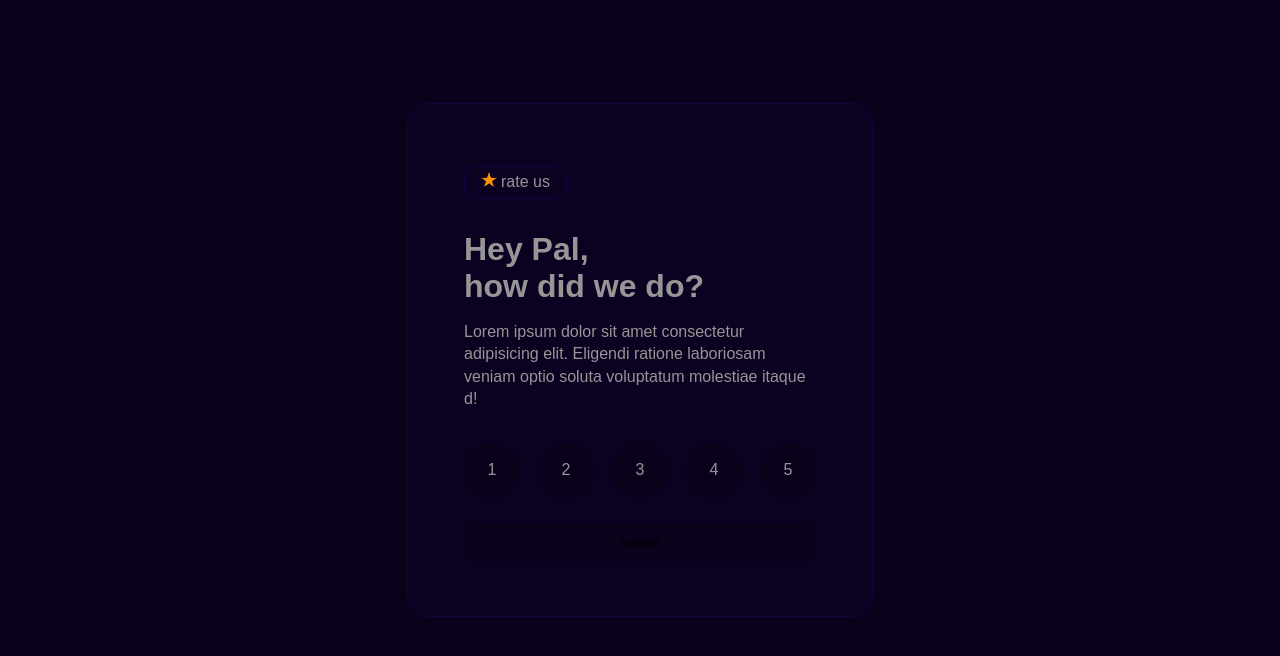
Repository: russel-success/xcodepp-TASK-2
Page: index.html
These files come from the project's save history. The page is drawn as it stood at one moment and after the next save; the edit follows.
The browser window is 1280 px wide. The pictures show the whole page.

Above is the page before, as saved 2024-05-27 09:28:16.

After the next save:
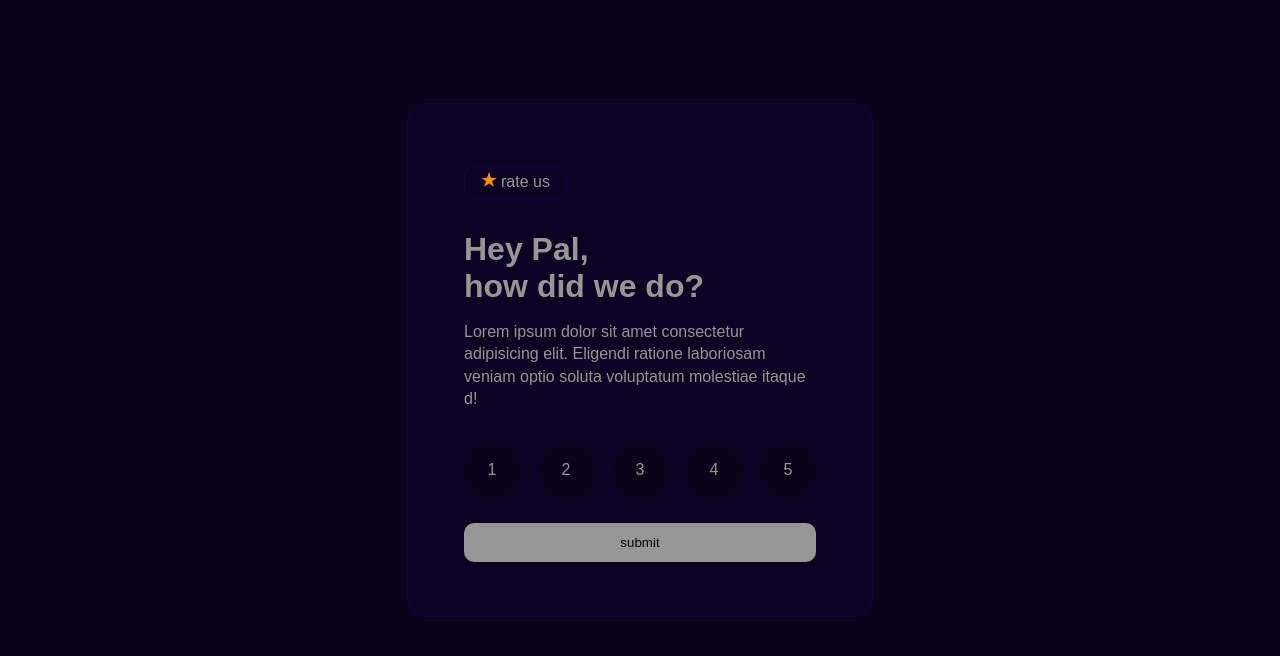
Saved 21 s later.
--- a/styles/styles.css
+++ b/styles/styles.css
@@ -111,6 +111,8 @@
     border-radius:10px;
     border:none;
     background:rgb(10, 1, 27);
+    background:rgb(150, 150, 150);
+    color'
     transition:background 0.2s ease;
     cursor:pointer;
 }

After the 4 saves that followed:
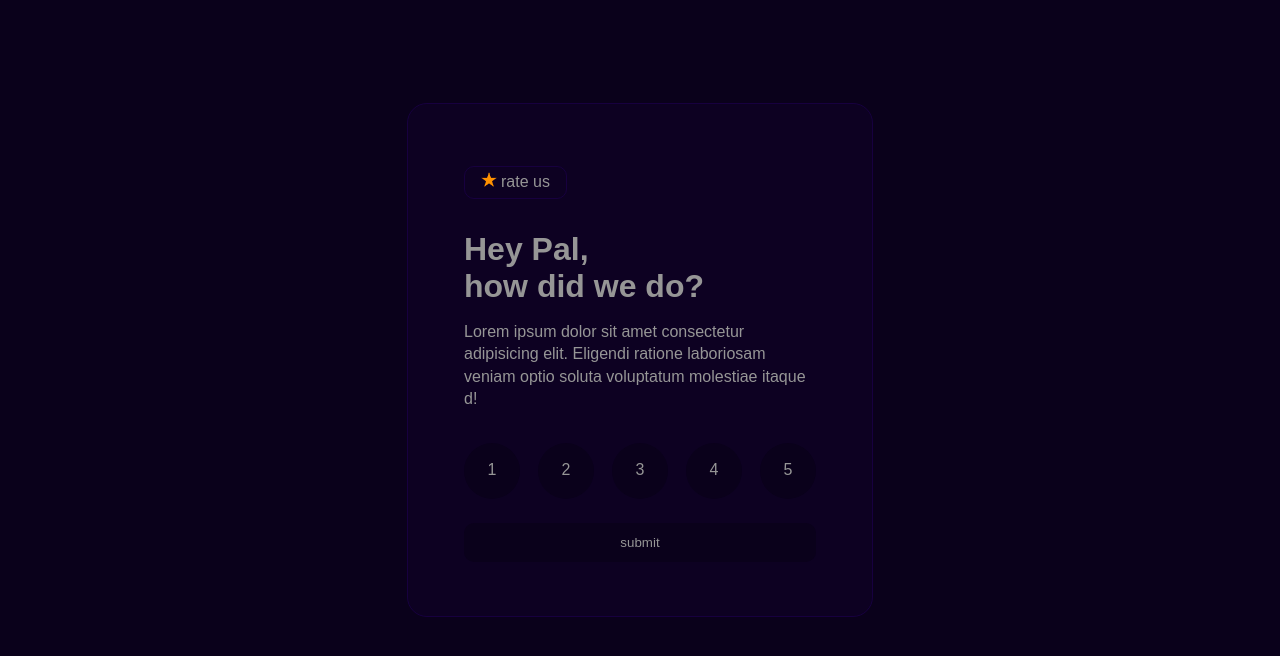
The 4 saves are shown as one change because 1 left the picture as it was and some came seconds apart.
The last was saved 12 s later.
--- a/styles/styles.css
+++ b/styles/styles.css
@@ -111,8 +111,7 @@
     border-radius:10px;
     border:none;
     background:rgb(10, 1, 27);
-    background:rgb(150, 150, 150);
-    color'
+    color:rgb(150, 150, 150);
     transition:background 0.2s ease;
     cursor:pointer;
 }
